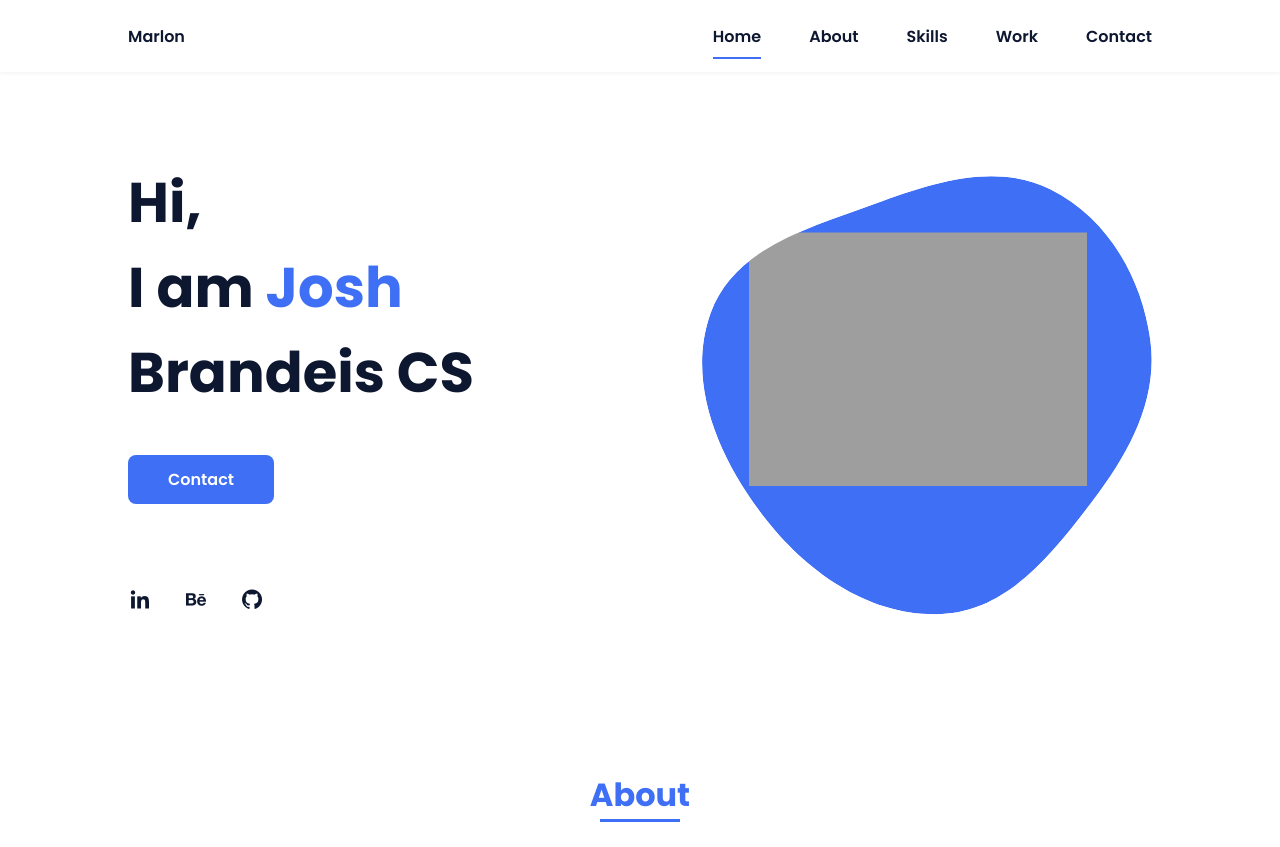
Repository: joshliu14/joshliu14.github.io
Page: index.html
An editor plug-in stored every save of this project. The page is shown before and after the next save, followed by the edit.
The browser window is 1280 px wide. The pictures show the part of the page from y = 0 to 847 px (the page is 3603 px tall).
Pictures or frames that could not be fetched are drawn as grey boxes. A picture or video elsewhere on the page could not be fetched, so the positions and the page height are approximate.

Above is the page before, as saved 2024-01-31 22:10:39.

After the next save:
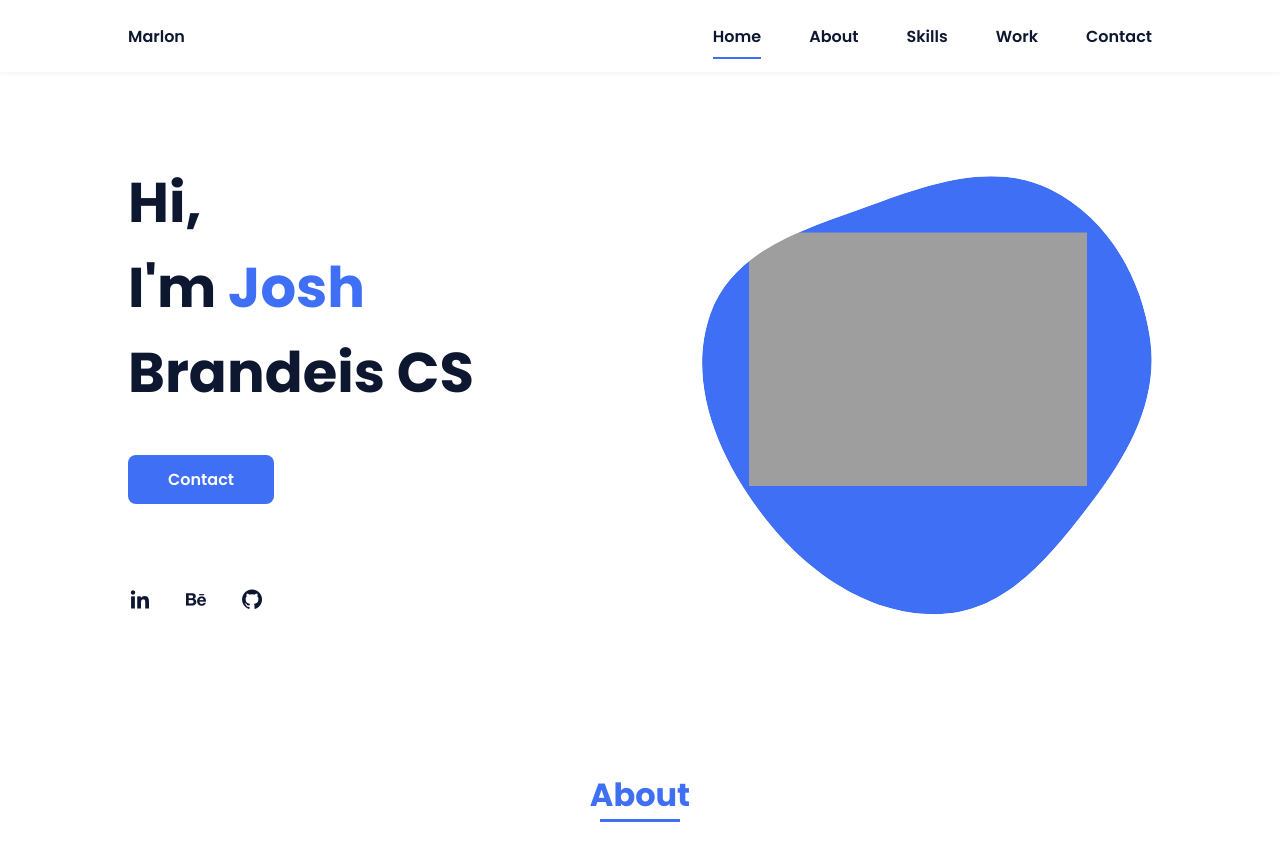
Saved 14 s later.
--- a/index.html
+++ b/index.html
@@ -53,7 +53,7 @@
       <section class="home bd-grid" id="home">
         <div class="home__data">
           <h1 class="home__title">
-            Hi,<br />I am <span class="home__title-color">Josh</span><br />
+            Hi,<br />I'm <span class="home__title-color">Josh</span><br />
             Brandeis CS
           </h1>
 
